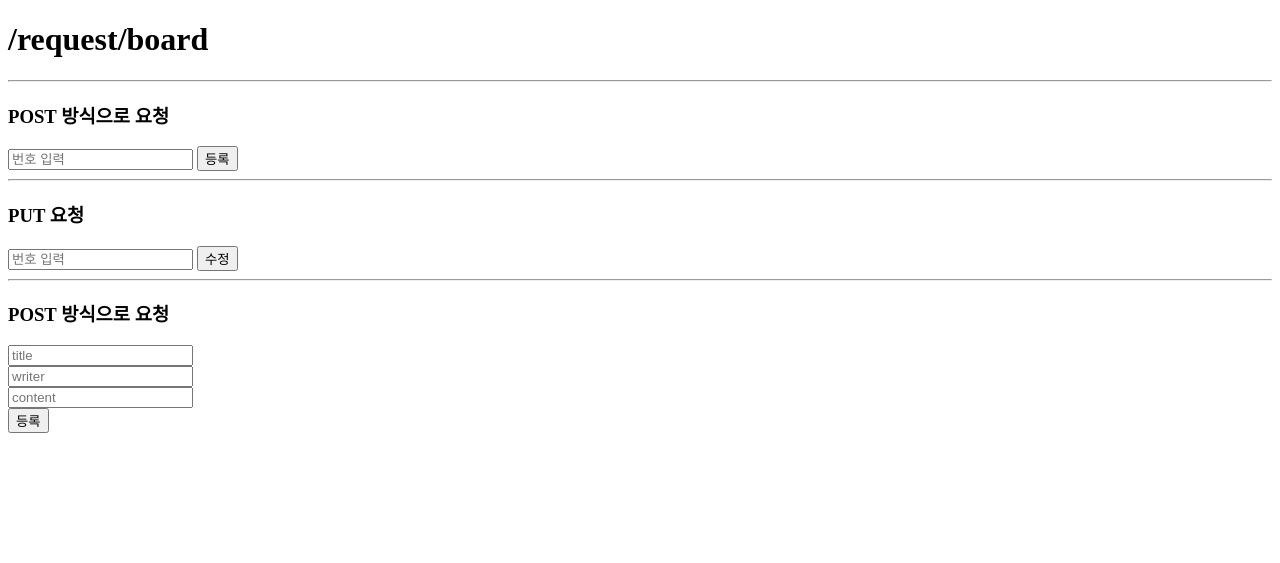
Repository: xegenie/Spring
Page: http://localhost/spring-mvc/request/board
An editor plug-in stored every save of this project. The page is shown before and after the next save, followed by the edit.
The browser window is 1280 px wide. The pictures show the whole page.
The page is served by Tomcat 9.

Above is the page before, as saved 2024-11-07 06:18:30.

After the next save:
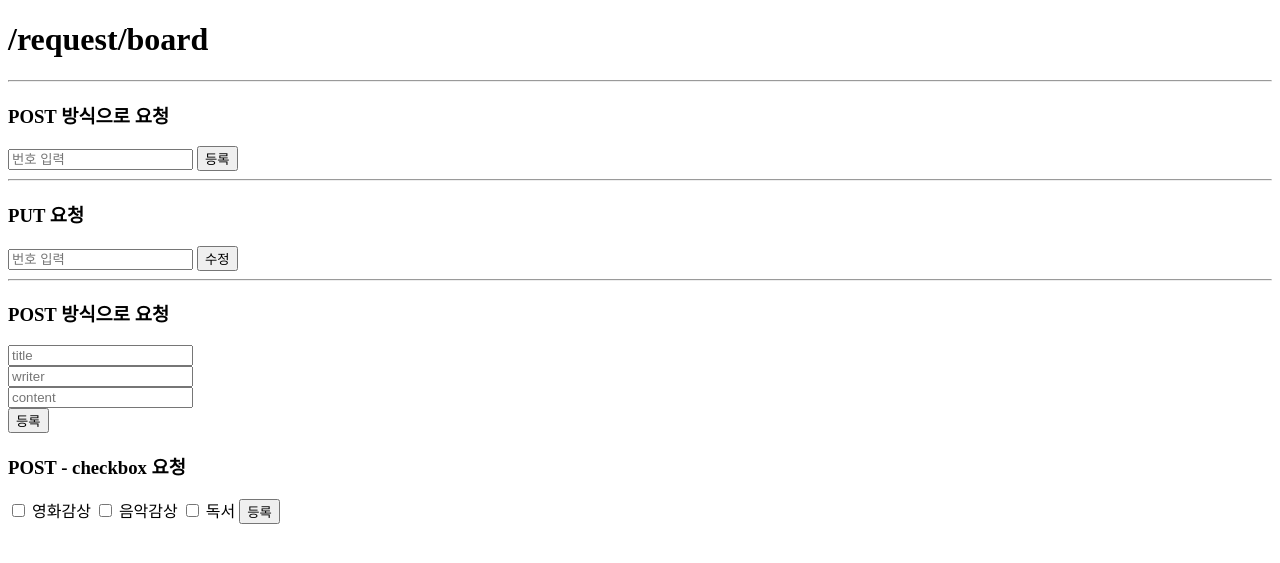
Saved 51 s later.
--- a/spring-mvc/src/main/webapp/WEB-INF/views/request/board.jsp
+++ b/spring-mvc/src/main/webapp/WEB-INF/views/request/board.jsp
@@ -37,5 +37,21 @@
 		<input type="submit" value="등록" />
 	</form>
 
+	<h3>POST - checkbox 요청</h3>
+    <form action="<%= request.getContextPath() %>/request/check"
+          method="post">
+
+        <input type="checkbox" name="hobby" id="movie" value="movie" />
+        <label for="movie">영화감상</label>
+
+        <input type="checkbox" name="hobby" id="music" value="music" />
+        <label for="music">음악감상</label>
+
+        <input type="checkbox" name="hobby" id="book" value="book" />
+        <label for="book">독서</label>
+
+        <input type="submit" value="등록">
+    </form>
+
 </body>
 </html>
